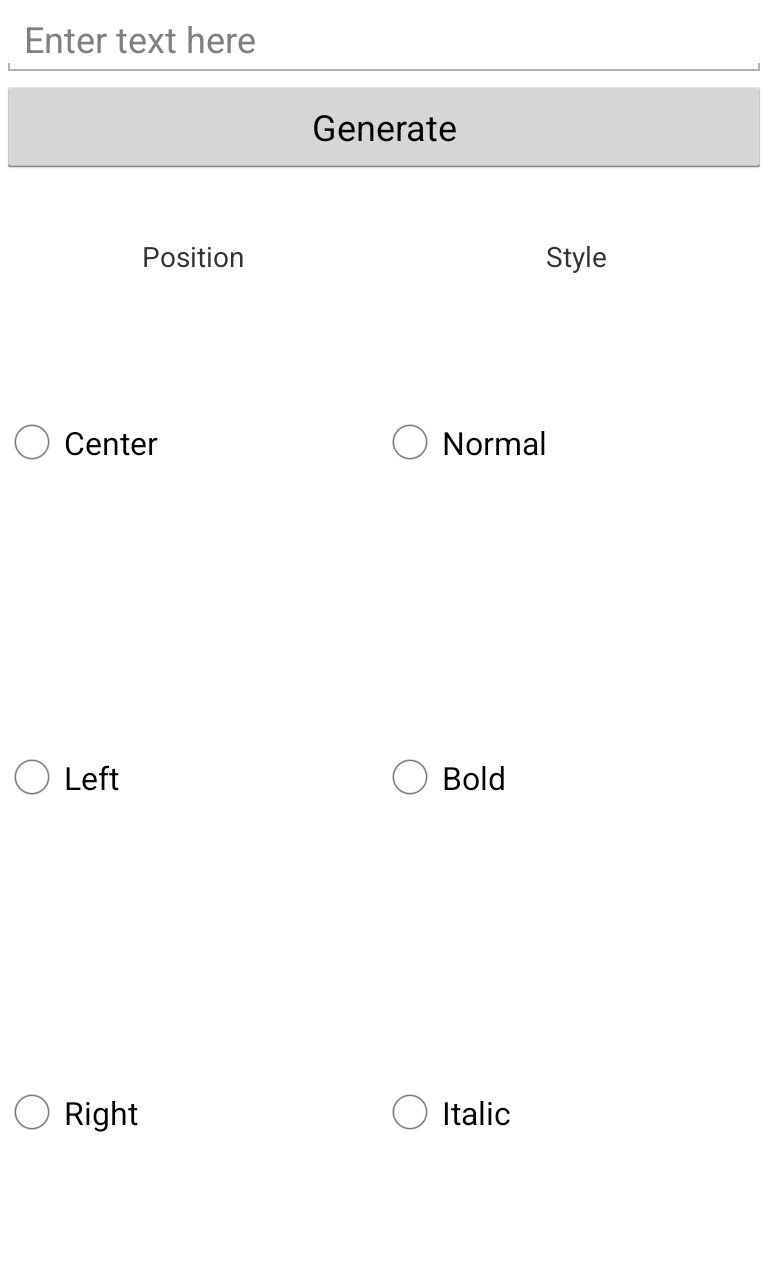
Repository: IgnacioRV/AndroidDev
Layout: ProjectYasuo/res/layout/adv_screen.xml
An editor plug-in stored every save of this project. The layout is shown before and after the next save, followed by the edit.
It is drawn on a 768 x 1280 px phone screen (xhdpi) without system bars, with theme AppTheme; the app's code is not run.

Above is the layout before, as saved 2016-01-27 10:29:17.

After the next save:
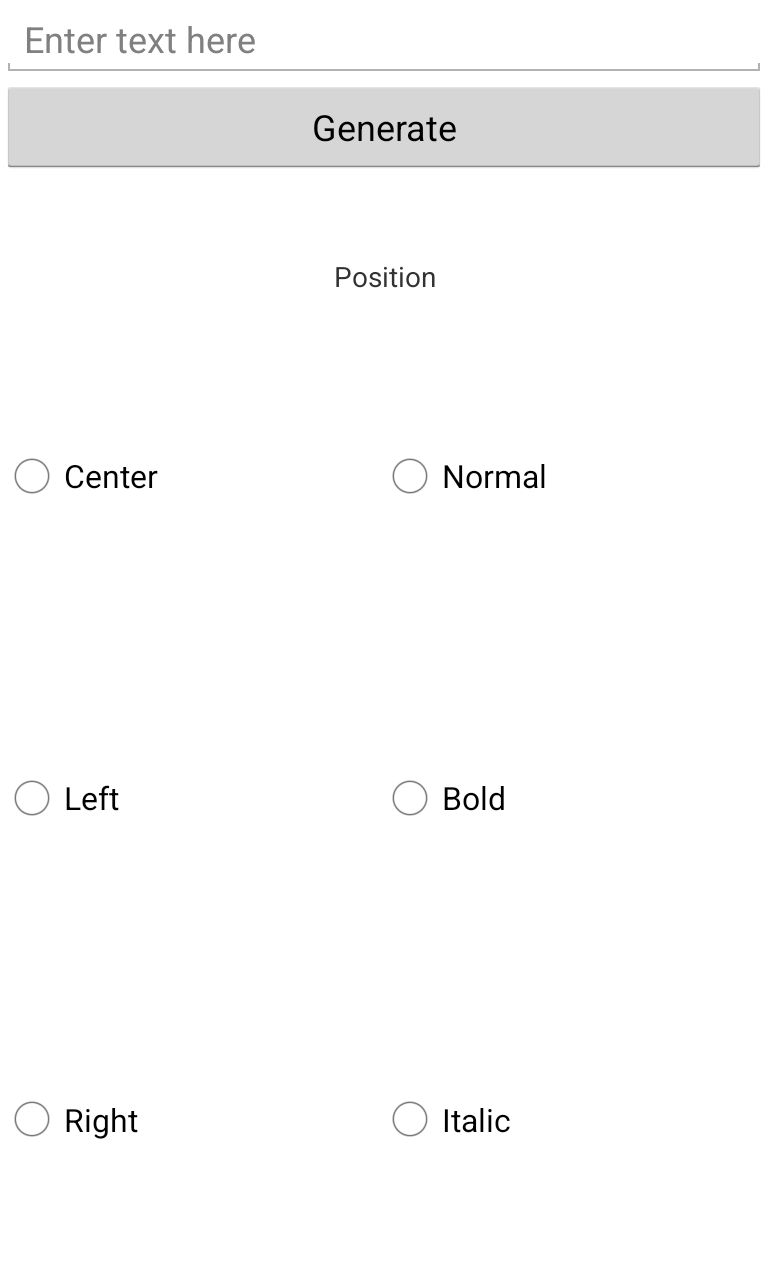
Saved 59 s later.
--- a/ProjectYasuo/res/layout/adv_screen.xml
+++ b/ProjectYasuo/res/layout/adv_screen.xml
@@ -34,15 +34,14 @@
         <TextView
             android:id="@+id/textView2"
             android:layout_width="fill_parent"
-            android:layout_height="wrap_content"
-            android:layout_weight="1"
+            android:layout_height="39dp"
             android:gravity="center"
             android:text="Position" />
 
         <TextView
             android:id="@+id/textView1"
             android:layout_width="fill_parent"
-            android:layout_height="wrap_content"
+            android:layout_height="26dp"
             android:layout_weight="1"
             android:gravity="center"
             android:text="Style" />
